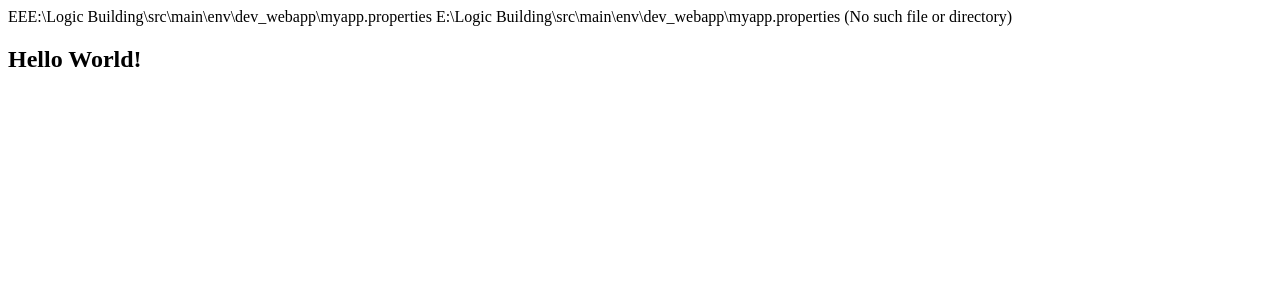
Repository: jaiswalshivam124/first-repo
Page: http://localhost/ideMaven4/
The author's editor kept a copy of each file at every save. The page is drawn from the files as they stood at one save, then again after the next save.
The browser window is 1280 px wide. The pictures show the whole page.
The page is served by Tomcat 9.

Above is the page before, as saved 2020-08-22 17:25:56.

### Logic Building/ideMaven4/src/main/webapp/index.jsp
<%@page import="java.io.FileReader"%>
<%@page import="java.util.Properties"%>
<%@page import="java.io.File"%>
<html>
<body>
<%
try
{
	 String absolutePath = "E:\\Logic Building\\src\\main\\env\\dev_webapp\\myapp.properties";
     File file = new File(absolutePath);
     String src = file.getPath();
     out.println("EE"+src);
    FileReader fis = new FileReader("E:\\Logic Building\\src\\main\\env\\dev_webapp\\myapp.properties");
    Properties p = new Properties();
    p.load(fis);
    String LogFileName = p.getProperty("msg");
    out.println(LogFileName);
}
catch (Exception e)
{ //Catch exception if any
    out.println(e.getMessage());
}
%>
</br>
<%
try
{
   // FileInputStream fis = new FileInputStream("../myapp.properties");
    //Properties q = new Properties();
    //q.load(fis);
    //String LogFileName1 = q.getProperty("msg");
    //out.println(LogFileName1);
}
catch (Exception e)
{// Catch exception if any
   // out.println(e.getMessage());
}
%>

<h2>Hello World!</h2>
</body>
</html>

After the next save:
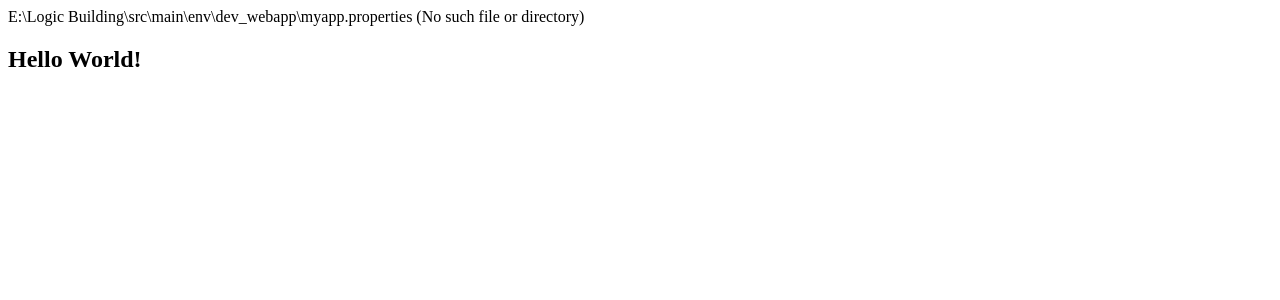
Saved 15 s later.
--- a/Logic Building/ideMaven4/src/main/webapp/index.jsp
+++ b/Logic Building/ideMaven4/src/main/webapp/index.jsp
@@ -6,10 +6,6 @@
 <%
 try
 {
-	 String absolutePath = "E:\\Logic Building\\src\\main\\env\\dev_webapp\\myapp.properties";
-     File file = new File(absolutePath);
-     String src = file.getPath();
-     out.println("EE"+src);
     FileReader fis = new FileReader("E:\\Logic Building\\src\\main\\env\\dev_webapp\\myapp.properties");
     Properties p = new Properties();
     p.load(fis);
